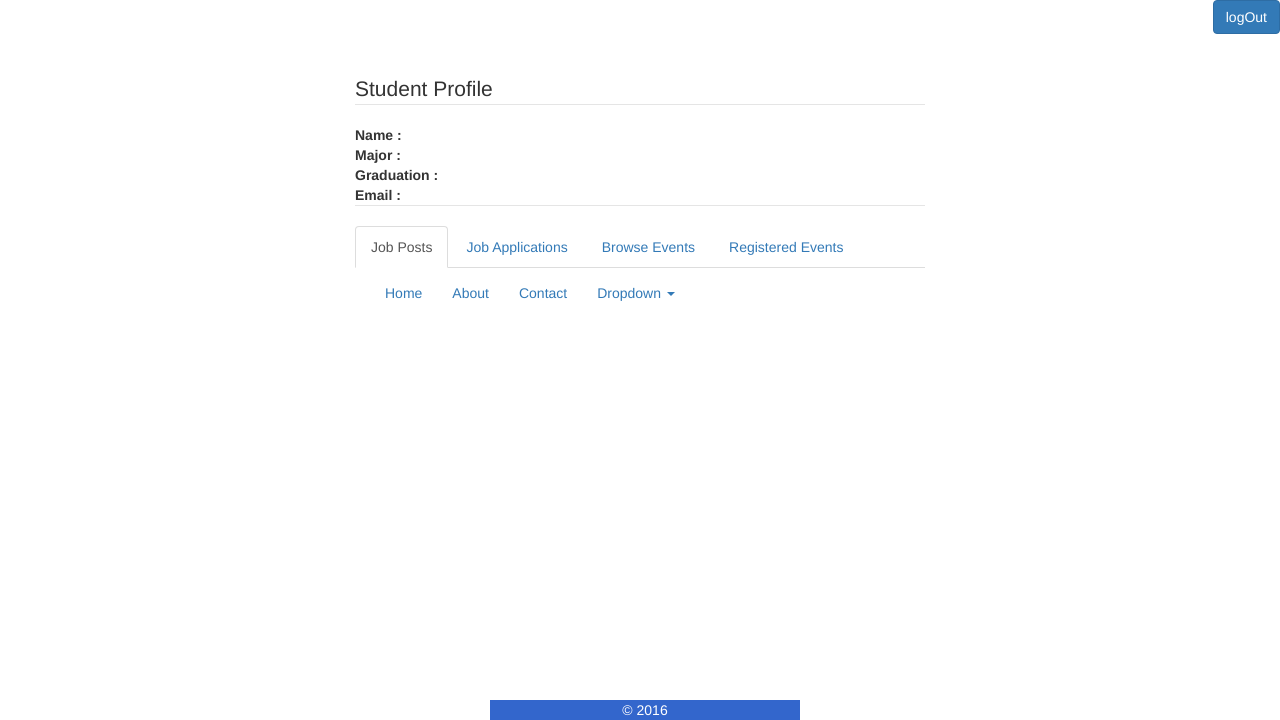
Repository: merlynfrank/AcademicProjects
Page: http://localhost/studenthome
An editor plug-in stored every save of this project. The page is shown before and after the next save, followed by the edit.
The browser window is 1280 px wide. The pictures show the whole page.
The page is this project's Thymeleaf template; nobody is signed in. The template is opened directly, without the code that normally fills it, so the values that code supplies are empty.

Above is the page before, as saved 2018-12-01 01:30:17.

### smith-is-internship/src/main/resources/templates/studenthome.html
<!DOCTYPE html>
<html xmlns:th="http://thymeleaf.org">
<head>
<link th:href="@{/css/bootstrap.min.css}" rel="stylesheet"
	type="text/css"></link>
<link th:href="@{/css/layout.css}" rel="stylesheet" type="text/css"></link>
<script type="text/javascript" th:src="@{/js/jquery-3.1.0.min.js}"></script>
<script type="text/javascript" th:src="@{/js/bootstrap.min.js}"></script>

</head>
<style>
.footer {
	position: absolute;
	right: 37.5%;
	left: 50%;
	bottom: 0px;
	width: 100;
	background: #3366cc;
	color: white;
	text-align: center;
	margin-left: -150px
}

.grid-container {
	display: grid;
	grid-template-columns: 50% 50%;
}

.collapsible {
	backgroound-color: #eee;
	color: #444;
	cursor: pointer;
	padding: 18px;
	width: 100%;
	border: none;
	text-align: left;
	outline: none;
	font-size: 15px;
}

.active, .collapsible:hover {
	backgroound-color: #ccc;
}

.content {
	padding: 0 18px;
	display: none;
	overflow: hidden;
	background-color: #f1f1f1;
}
</style>
<body>
	<!-- LogOut button -->
	<form th:action="@{/login}" th:object="${loginForm}">
		<div align="right">
			<button id="logOut" name="logOut" class="btn btn-primary">logOut</button>
		</div>
	</form>
	<br />
	<br />
	<div class="container">
		<form class="form-horizontal" th:action="@{/login}"
			th:object="${loginForm}" method="post">
			<fieldset>

				<!-- Form Name -->
				<legend>Student Profile</legend>
				<table>
					<tr>
						<th>Name :</th>
						<td><span th:text="${fname}"> ${fname} </span><span
							th:text="${lname}">${lname}</span></td>
					</tr>
					<tr>
						<th>Major :</th>
						<td><span th:text="${major}"> ${major} </span></td>
					</tr>
					<tr>
						<th>Graduation :</th>
						<td><span th:text="${graduation}"> ${graduation} </span></td>
					</tr>
					<tr>
						<th>Email :</th>
						<td><span th:text="${email}"> ${email} </span></td>
					</tr>
				</table>

			</fieldset>
		</form>

		<script type="text/javascript" th:src="@{/js/jquery-3.1.0.min.js}"></script>
		<script type="text/javascript" th:src="@{/js/bootstrap.min.js}"></script>
	</div>

	<!-- Table for Search jobs and Applied jobs -->
	<div class="container">
		<legend></legend>
	</div>

	<div id="exTab2" class="container">
		<ul class="nav nav-tabs">
			<li class="active"><a href="#1" data-toggle="tab">Job Posts</a>
			</li>
			<li><a href="#2" data-toggle="tab">Job Applications</a></li>
			<li><a href="#3" data-toggle="tab">Browse Events</a></li>
			<li><a href="#4" data-toggle="tab">Registered Events</a></li>
		</ul>

		<div class="tab-content ">
			<div class="tab-pane active" id="1">
				 <div id="navbar" class="navbar-collapse collapse">
                <ul class="nav navbar-nav">
                    <li class="active"><a href="#">Home</a></li>
                    <li><a href="#">About</a></li>
                    <li><a href="#">Contact</a></li>
                    <li class="dropdown">
                        <a href="#" class="dropdown-toggle" data-toggle="dropdown" role="button" aria-haspopup="true"
                           aria-expanded="false">Dropdown <span class="caret"></span></a>
                        <ul class="dropdown-menu">
                            <li><a href="#">Action</a></li>
                            <li><a href="#">Another action</a></li>
                            <li><a href="#">Something else here</a></li>
                            <li role="separator" class="divider"></li>
                            <li class="dropdown-header">Nav header</li>
                            <li><a href="#">Separated link</a></li>
                            <li><a href="#">One more separated link</a></li>
                        </ul>
                    </li>
                </ul>
                </div>
			</div>
			<div class="tab-pane" id="2">
				<h3>Notice the gap between the content and tab after applying a
					background color</h3>
			</div>
			<div class="tab-pane" id="3">
				<h3>add clearfix to tab-content (see the css)</h3>
			</div>
			<div class="tab-pane" id="4">
				<h3>add clearfix to tab-content (see the css)</h3>
			</div>
		</div>
	</div>


</body>
<div class="footer">&copy; 2016</div>

</html>

### smith-is-internship/src/main/resources/static/css/layout.css
.container {
    width: 600px;
    margin: auto;
}
.remember-me {
    text-align: center;
}
.btn-login {
    width: 100%;
}

Loaded but not shown: smith-is-internship/src/main/resources/static/css/bootstrap.min.css (library); smith-is-internship/src/main/resources/static/js/jquery-3.1.0.min.js (library); smith-is-internship/src/main/resources/static/js/bootstrap.min.js (library)

After the next save:
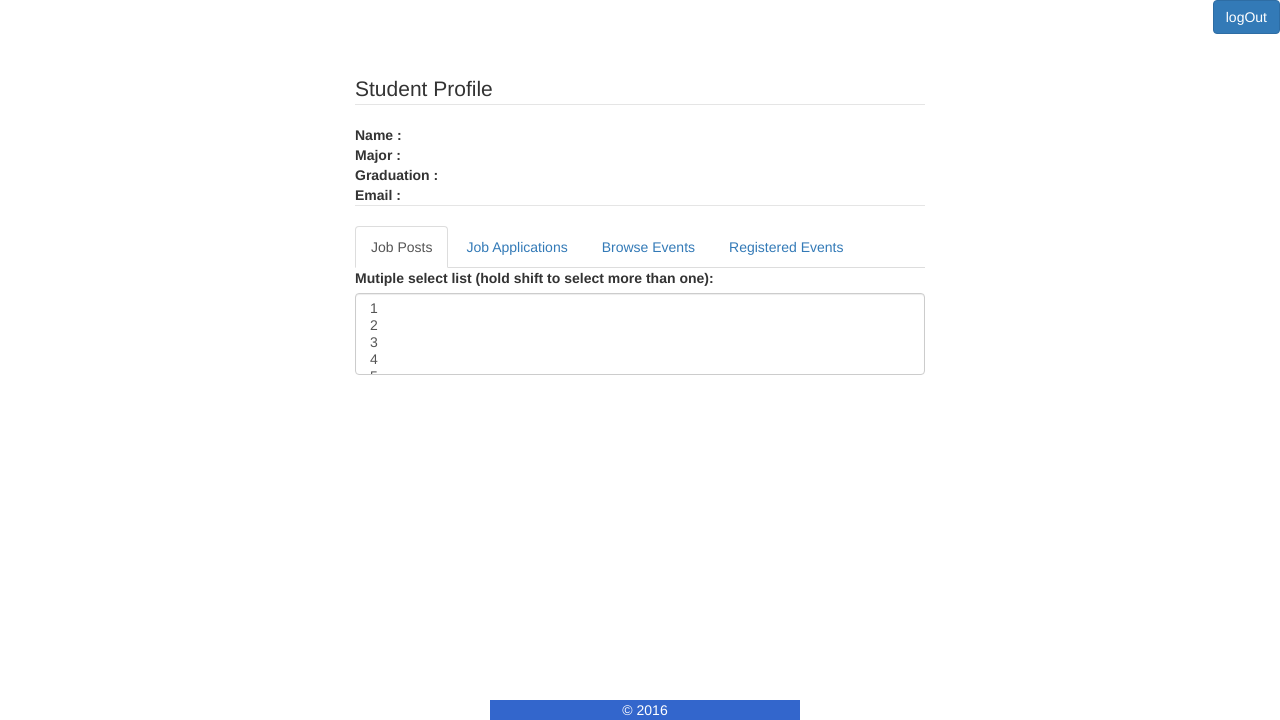
Saved 8 min 15 s later.
--- a/smith-is-internship/src/main/resources/templates/studenthome.html
+++ b/smith-is-internship/src/main/resources/templates/studenthome.html
@@ -108,26 +108,14 @@
 
 		<div class="tab-content ">
 			<div class="tab-pane active" id="1">
-				 <div id="navbar" class="navbar-collapse collapse">
-                <ul class="nav navbar-nav">
-                    <li class="active"><a href="#">Home</a></li>
-                    <li><a href="#">About</a></li>
-                    <li><a href="#">Contact</a></li>
-                    <li class="dropdown">
-                        <a href="#" class="dropdown-toggle" data-toggle="dropdown" role="button" aria-haspopup="true"
-                           aria-expanded="false">Dropdown <span class="caret"></span></a>
-                        <ul class="dropdown-menu">
-                            <li><a href="#">Action</a></li>
-                            <li><a href="#">Another action</a></li>
-                            <li><a href="#">Something else here</a></li>
-                            <li role="separator" class="divider"></li>
-                            <li class="dropdown-header">Nav header</li>
-                            <li><a href="#">Separated link</a></li>
-                            <li><a href="#">One more separated link</a></li>
-                        </ul>
-                    </li>
-                </ul>
-                </div>
+				 <label for="sel2">Mutiple select list (hold shift to select more than one):</label>
+      <select multiple class="form-control" id="sel2">
+        <option>1</option>
+        <option>2</option>
+        <option>3</option>
+        <option>4</option>
+        <option>5</option>
+      </select>
 			</div>
 			<div class="tab-pane" id="2">
 				<h3>Notice the gap between the content and tab after applying a
